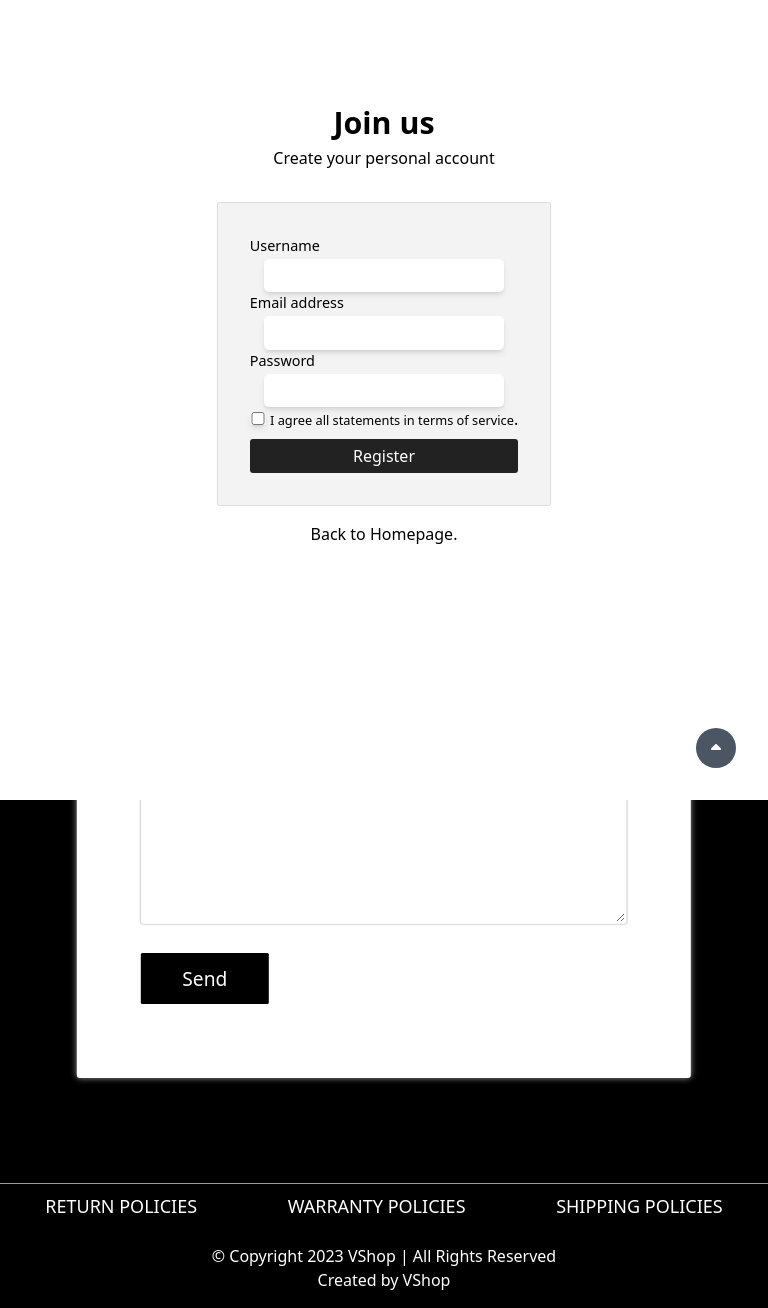
Repository: Kith933UTH/VSHOP
Page: /register
An editor plug-in stored every save of this project. The page is shown before and after the next save, followed by the edit.
The browser window is 768 px wide. The pictures show the whole page.
Pictures or frames that could not be fetched are drawn as grey boxes. The project was rebuilt for these pictures with package versions that can differ from the ones it lists, and the page was loaded fresh each time. Also part of the build but not shown: src/components/product-item/ProductItem.js, src/components/loader/Loader.js, src/constants/constants.js, src/components/product-filters/Category.js, src/components/product-filters/Price.js, src/components/product-filters/Rating.js, src/components/product-filters/ProductFilters.js, src/components/cart-shopping/CartEmpty.js and 18 more.

Above is the page before, as saved 2023-08-02 15:54:01.

### public/index.html
<!DOCTYPE html>
<html lang="en">
  <head>
    <meta charset="utf-8" />
    <link rel="icon" href="./logo.png" />
    <meta name="viewport" content="width=device-width, initial-scale=1" />
    <meta name="theme-color" content="#000000" />
    <meta
      name="description"
      content="Web site created using create-react-app"
    />
    <link rel="apple-touch-icon" href="%PUBLIC_URL%/logo192.png" />
    <!--
      manifest.json provides metadata used when your web app is installed on a
      user's mobile device or desktop. See https://developers.google.com/web/fundamentals/web-app-manifest/
    -->
    <link rel="manifest" href="%PUBLIC_URL%/manifest.json" />
    <!--
      Notice the use of %PUBLIC_URL% in the tags above.
      It will be replaced with the URL of the `public` folder during the build.
      Only files inside the `public` folder can be referenced from the HTML.

      Unlike "/favicon.ico" or "favicon.ico", "%PUBLIC_URL%/favicon.ico" will
      work correctly both with client-side routing and a non-root public URL.
      Learn how to configure a non-root public URL by running `npm run build`.
    -->
    <title>VShop</title>
  </head>
  <body>
    <noscript>You need to enable JavaScript to run this app.</noscript>
    <div id="root"></div>
  </body>
</html>

### src/index.js
import React from 'react'
import ReactDOM from 'react-dom/client'
import App from './App'
import {Provider} from "react-redux"
import {BrowserRouter} from "react-router-dom"
import {store} from "./redux"
import './index.css'

const root = ReactDOM.createRoot(document.getElementById('root'))
root.render(
    <Provider store={store}>
        <BrowserRouter>
            <App />
        </BrowserRouter>
    </Provider>
)

### src/App.js
import React from "react"
import { useState } from "react"
import {Context} from "./context/context"
import {Route, Routes} from "react-router-dom"
import {HomePage} from "./pages/HomePage"
import {ProductOverView} from "./pages/ProductOverView"
import {Header} from "./components/header/Header"
import {Footer} from "./components/footer/Footer"
import {BtnScroll} from "./components/btn-scroll/BtnScroll"
import { LoginPage } from "./components/login/LoginPage"
import { RegisterPage } from "./components/login/RegisterPage"
import { PrivatePage } from "./pages/PrivatePage"
import { ProductOverViewPrivate } from "./pages/ProductOverViewPrivate"
import { ReturnPolicy } from "./components/policy/ReturnPolicy"
import { WarrantyPolicy } from "./components/policy/WarrantyPolicy"
import { ShippingPolicy } from "./components/policy/ShippingPolicy"
import { AdminPage } from "./pages/AdminPage"
export default function App() {
    const productId = {id: 0}
    return (
        <main>
            <Context.Provider value={productId}>
                {/* <Header /> */}
                <Routes>
                    <Route path='/private' element={ <PrivatePage /> }/>
                    <Route path='/' element={ <HomePage /> }/>
                    <Route path='/products/:id' element={ <ProductOverView /> }/>
                    <Route path='/private/private/products/:id' element={ <ProductOverViewPrivate /> }/>
                    <Route path="/login" element={ <LoginPage /> } />
                    <Route path="/register" element={ <RegisterPage /> } />
                    <Route path="/return-policy" element={ <ReturnPolicy /> } />
                    <Route path="/warranty-policy" element={ <WarrantyPolicy /> } />
                    <Route path="/shipping-policy" element={ <ShippingPolicy /> } />
                    <Route path="/admin" element={ <AdminPage /> } />
                </Routes>
                <BtnScroll />
                <Footer/>
            </Context.Provider>
        </main>
    )
}

### src/redux/index.js
import {configureStore} from "@reduxjs/toolkit"
import {productsApi} from "./products/products.api"
import {productReducer} from "./products/products.slice"
import {setupListeners} from "@reduxjs/toolkit/query"

export const store = configureStore({
    reducer: {
        [productsApi.reducerPath]: productsApi.reducer,
        product: productReducer
    },
    middleware: getDefaultMiddleware => getDefaultMiddleware().concat(productsApi.middleware)
})

setupListeners(store.dispatch)

### src/index.css
@tailwind base;
@tailwind components;
@tailwind utilities;

@layer utilities {
    input[type="number"]::-webkit-inner-spin-button,
    input[type="number"]::-webkit-outer-spin-button {
        @apply appearance-none;
    }
}

html, body {
    width: 100%;
    height: 100%;
}

body::-webkit-scrollbar,
.box-item::-webkit-scrollbar,
.search-box::-webkit-scrollbar{
    width: 8px;
}

main {
    display: flex;
    flex-direction: column;
    height: 100%;
}

body::-webkit-scrollbar-thumb,
.box-item::-webkit-scrollbar-thumb,
.search-box::-webkit-scrollbar-thumb{
    background-color: #ccc;
    border-radius: 20px;
}

#root {
    height: 100%;
}

body {
    overflow: hidden;
}

.productItem:hover {
    transition: opacity .3s linear;
    opacity: .5;
}

.box-item {
    height: 320px;
    overflow-y: scroll;
}

/* Loader */
.loader-box {
    width: 100px;
    height: 100px;
    display: flex;
    justify-content: center;
    align-items: center;
    margin: 50px auto 0;
}

.loader{
    position: relative;
    width: 70px;
    height: 70px;
}

.loader span {
    position: absolute;
    top:0;
    left: 0;
    width: 100%;
    height: 100%;
    transform: rotate(calc(18deg * var(--i)));
}

.loader span::before {
    content:'';
    position: absolute;
    top: 0;
    left: 0;
    width: 10px;
    height: 10px;
    background: #000;
    border-radius: 50%;
    transform: scale(0);
    animation: animate 2s linear infinite;
    animation-delay: calc(0.1s * var(--i));
}
@keyframes animate {
    0%{
        transform: scale(0);
    }
    10%{
        transform: scale(1.2);
    }
    80%,100%{
        transform: scale(0);
    }
}

### src/context/context.js
import {createContext} from "react"

export const Context = createContext()

### src/components/footer/Footer.js
import React from "react"
import { Contact } from "../contact/Contact"
import { Policy } from "../policy/Policy"
export function Footer() {
    return (
        <footer className='bg-black text-white in-h-fit'>
            {/* <div className='max-w-[1240px] mx-auto py-2 text-sm sm:text-base'>
                <div className='flex justify-center'>
                    <a href='https://github.com/VolodymyrGoshko/react-shop'
                       target='_blank'
                       rel="noreferrer"
                       className='capitalize border-b mb-3 text-base hover:text-gray-300 transition'
                    >
                        view source code on github
                    </a>
                </div>
                <div className='flex justify-center flex-col items-center'>
                    <p className='text-center'>© Copyright 2022 React Shop | All Rights Reserved</p>
                    <a href='https://www.linkedin.com/in/volodymyr-goshko-656ab920b/'
                       target="_blank"
                       rel="noreferrer"
                       className='hover:text-gray-300 transition'
                    >
                        Created by Volodymyr Goshko
                    </a>
                </div>
            </div> */}
            <Contact />
            <Policy />
            <div className='flex justify-center flex-col items-center my-4'>
                    <p className='text-center'>© Copyright 2023 VShop | All Rights Reserved</p>
                    <a href='#' className='hover:text-gray-300 transition' >
                        Created by VShop
                    </a>
                </div>
        </footer>
    )
}

### src/components/btn-scroll/BtnScroll.js
import React from "react"
import {FontAwesomeIcon} from "@fortawesome/react-fontawesome"
import {faCaretUp} from "@fortawesome/free-solid-svg-icons"

export function BtnScroll() {
    const topClick = () => {
        const body = document.querySelector('body').getBoundingClientRect().top + window.scrollY
        window.scroll({
            top: body,
            behavior: 'smooth'
        })
    }

    return (
        <button
            className='fixed bottom-8 right-4 bg-gray-600 text-white rounded-full w-[30px] h-[30px] md:w-[40px] md:h-[40px] md:right-8 md:bottom-8 z-20 shadow-gray-600'
            onClick={topClick}
        >
            <FontAwesomeIcon icon={faCaretUp}/>
        </button>
    )
}

### src/components/login/RegisterPage.js
import React from 'react'
import { Link } from 'react-router-dom'

import './index.css'

export function RegisterPage() {

    return (
        <div className="register-page text-center m-5-auto">
            <h2>Join us</h2>
            <h5>Create your personal account</h5>
            <form action="/private">
                <p>
                    <label>Username</label><br/>
                    <input className='shadow-md' type="text" name="first_name" required />
                </p>
                <p>
                    <label>Email address</label><br/>
                    <input className='shadow-md' type="email" name="email" required />
                </p>
                <p>
                    <label>Password</label><br/>
                    <input className='shadow-md'  type="password" name="password" requiredc />
                </p>
                <p className='mb-2'>
                    <input className='shadow-md' type="checkbox" name="checkbox" id="checkbox" required /> <span>I agree all statements in <a href="https://google.com" target="_blank" rel="noopener noreferrer">terms of service</a></span>.
                </p>
                <p>
                    <button id="sub_btn" type="submit">Register</button>
                </p>
            </form>
            <footer>
                <p><Link to="/">Back to Homepage</Link>.</p>
            </footer>
        </div>
    )

}

### src/redux/products/products.api.js
import {createApi, fetchBaseQuery} from "@reduxjs/toolkit/query/react"

export const productsApi = createApi({
    reducerPath: 'products/api',
    baseQuery: fetchBaseQuery({
        baseUrl: 'https://fakestoreapi.com'
    }),
    // refetchOnFocus: true,
    endpoints: build => ({
        getProductsAll: build.query({
            query:() => ({
                url: '/products'
            })
        }),
        getProductById: build.query({
            query:(id) => ({
                url: `/products/${id}`
            })
        }),
        getProductByCategory: build.query({
            query:(category) => ({
                url: `/products/category/${category}`
            })
        })
    })
})

export const {
    useGetProductsAllQuery,
    useGetProductByIdQuery,
    useGetProductByCategoryQuery
} = productsApi

### src/redux/products/products.slice.js
import {createSlice} from "@reduxjs/toolkit"

const productsSlice = createSlice({
    name: 'products',
    initialState: {
        cart: [],
        btnCart: null,
        filters: {},
        search: false,
        searchFilterProducts: null
    },
    reducers: {
        clearCart(state, action) {
            state.cart = state.cart.slice(0, action.payload)
        },
        addProductToCart(state, action) {
            state.cart.push({...action.payload, quantity: 1})
        },
        incrementProductInCart(state, action) {
            const item = state.cart.find(item => item.id === action.payload)
            item.quantity++
        },
        decrementProductInCart(state, action) {
            const item = state.cart.find(item => item.id === action.payload)
            if (item.quantity === 1) {
                item.quantity = 1
            } else {
                item.quantity--
            }
        },
        toggleBtnCart(state, action) {
            state.btnCart = action.payload
        },
        removeItemFromCart(state, action) {
            state.cart = state.cart.filter(el => el.id !== action.payload)
        },
        filtersProductsByCategory(state, action) {
            state.filters = action.payload
        },
        toggleSearchForm(state, action) {
            state.search = action.payload
        },
        setSearchFilterProducts(state, action) {
            state.searchFilterProducts = action.payload
        }
    },
})

export const productReducer = productsSlice.reducer
export const {
    clearCart,
    addProductToCart,
    incrementProductInCart,
    decrementProductInCart,
    toggleBtnCart,
    removeItemFromCart,
    filtersProductsByCategory,
    toggleSearchForm,
    setSearchFilterProducts
} = productsSlice.actions

### src/components/policy/Policy.js
import React from "react"
import { Link } from "react-router-dom"
export function Policy() {
    return (
        <div className='text-white in-h-fit max-w-[1240px] mx-auto py-2 text-sm sm:text-base flex justify-around items-cente'>
            <Link className='text-lg font-medium text-center' to='/return-policy'>
                RETURN POLICIES
            </Link>
            <Link className='text-lg font-medium text-center' to='/warranty-policy'>
                WARRANTY POLICIES
            </Link>
            <Link className='text-lg font-medium text-center' to='/shipping-policy'>
                SHIPPING POLICIES
            </Link>
        </div>
    )
}

### src/components/login/index.css
/* .m-5-auto {
    margin: 5rem auto
} */

.primary-button {
    margin-top: 5rem;
    margin-right: 1rem;
    padding: .6rem;
    width: 10rem;
    background: #222;
    border: none;
    color: #fff;
    font-size: 1.2rem;
    transition: all .5s;
    cursor: pointer;
    text-transform: capitalize
}

/***    Landing Page     ***/
.main-title,
.main-para {
    color: #f1f1f1
}

.main-title {
    padding-top: 10rem;
    font-size: 5rem;
    font-family: 'Fascinate', cursive;
    text-transform: uppercase
}

.main-para {
    font-size: 2.5rem;
    text-Transform: capitalize
}

#reg_btn span {
    display: inline-block;
    position: relative;
    transition: 0.5s;
}

#reg_btn span:after {
    content: '\00bb';
    position: absolute;
    opacity: 0;
    top: 0;
    right: -20px;
    transition: 0.5s;
}

#reg_btn:hover span {
  padding-right: 25px;
}

#reg_btn:hover span:after {
  opacity: 1;
  right: 0;
}

/***    Login Page     ***/
.login-page h2 {
    font-weight: 700;
    font-size: 1.9rem;
}
.login-page {
    position: fixed;
    top: 0;
    left: 0;
    right: 0;
    bottom: 0;
    z-index: 10;
    background-color: white;
    padding-top: 100px;
}

.login-page form {
    display: inline-block;
    background: #f3f3f3;
    border: 1px solid #ddd;
    border-radius: 2px;
    padding: 2rem;
    margin: 2rem 0 1rem 0
}

.login-page form label {
    float: left;
    font-size: .9rem;
    margin: 0;
    padding: 0
}

.right-label {
    float: right;
    cursor: pointer
}

.login-page input {
    width: 15rem;
    padding: .3rem;
    border-radius: 5px;
    outline: none;
    border: none
}

#sub_btn {
    display: block;
    width: 100%;
    padding: .3rem;
    border: none;
    background: #222;
    color: #fff;
    border-radius: 3px;
}

#sub_btn:hover {
    background: #333;
    transition: all .5s
}

/* footer p {
    margin: 0;
    font-size: .9rem
} */

/***    Register Page     ***/
#checkbox {
    width: 1rem
}

form span {
    font-size: .8rem
}

#reset_pass_lbl {
    float: left
}

/***    Home Page     ***/
.home-page-title {
    color: #222
}


.register-page input {
    width: 15rem;
    padding: .3rem;
    border-radius: 5px;
    outline: none;
    border: none
}

.register-page h2 {
    font-weight: 700;
    font-size: 1.9rem;
}
.register-page {
    position: fixed;
    top: 0;
    left: 0;
    right: 0;
    bottom: 0;
    z-index: 10;
    background-color: white;
    padding-top: 100px;
}

.register-page form {
    display: inline-block;
    background: #f3f3f3;
    border: 1px solid #ddd;
    border-radius: 2px;
    padding: 2rem;
    margin: 2rem 0 1rem 0
}

.register-page form label {
    float: left;
    font-size: .9rem;
    margin: 0;
    padding: 0
}

### src/components/contact/index.css
.contact-section {
    height: 96vh;
    width: 100%;
    border-bottom: 1px solid #999;
}

.form-area {
    position: relative;
    height:700px;
    width: 100%;
    background: black;
    -webkit-box-sizing: border-box;
    box-sizing: border-box;
}

.form-area .form-wrap {
    position: absolute;
    left: 50%;
    -webkit-transform: translateX(-50%);
    -ms-transform: translateX(-50%);
    transform: translateX(-50%);
    width: 1120px;
    background-color: white;
    background-size: cover;
    background-position: center;
    border-radius: 0.2rem;
    -webkit-box-sizing: border-box;
    box-sizing: border-box;
    -webkit-box-shadow: 0 0 0.4rem 0 #999;
    box-shadow: 0 0 0.4rem 0 #999;
}

.form-wrap .title {
    padding-top: 2.4rem;
    width: 100%;
    -webkit-box-sizing: border-box;
    box-sizing: border-box;
}

.form-wrap .title h1 {
    color: black;
    font-size: 2.6rem;
    text-align: center;
}

.form-wrap .contact-area {
    padding-top: 3rem;
    display: -webkit-box;
    display: -ms-flexbox;
    display: flex;
    width: 100%;
    height: auto;
    -webkit-box-sizing: border-box;
    box-sizing: border-box;
}

.contact-area .contact-info {
    display: flex;
    flex-direction: column;
    justify-content: center;
    align-items: center;
    width: 35%;
    height: 100%;
    margin-left: 6rem;
}

.contact-info>div {
    margin-bottom: 1rem;
    display: -webkit-box;
    display: -ms-flexbox;
    display: flex;
    -webkit-box-align: center;
    -ms-flex-align: center;
    align-items: center;
}

.contact-info>div>p {
    color: #333;
    font-size: 1.4rem;
    font-weight: 500;
    text-align: center;
}

.contact-info>div>span {
    color: #61790a;
    font-size: 2rem;
    margin-right: 0.8rem;
}

.contact-area .contact-form {
    display: -webkit-box;
    display: -ms-flexbox;
    display: flex;
    -webkit-box-orient: vertical;
    -webkit-box-direction: normal;
    -ms-flex-direction: column;
    flex-direction: column;
    width: 60%;
    height: auto;
    padding: 0 3rem;
    -webkit-box-sizing: border-box;
    box-sizing: border-box;
}

.contact-form .name-field {
    display: -webkit-box;
    display: -ms-flexbox;
    display: flex;
    -webkit-box-pack: justify;
    -ms-flex-pack: justify;
    justify-content: space-between;
}

.name-field .input-area {
    width: 48%;
}

.contact-form .input-area {
    position: relative;
    margin-bottom: 2rem;
}

.input-area input {
    height: 3rem;
    width: 100%;
    color: #333;
    font-size: 1.2rem;
    border: 2px solid #fff;
    border-radius: 0.2rem;
    /* background: #eff; */
    -webkit-box-shadow: 0 0 0.1rem #666;
    box-shadow: 0 0 0.1rem #666;
    outline: none;
    padding: 0 1rem;
    -webkit-box-sizing: border-box;
    box-sizing: border-box;
    -webkit-transition: all 0.3s ease;
    -o-transition: all 0.3s ease;
    transition: all 0.3s ease;
}

.input-area label {
    position: absolute;
    top: 50%;
    left: 1rem;
    -webkit-transform: translateY(-50%);
    -ms-transform: translateY(-50%);
    transform: translateY(-50%);
    color: #333;
    font-size: 1.2rem;
    font-weight: 500;
    -webkit-transition: all 0.3s ease;
    -o-transition: all 0.3s ease;
    transition: all 0.3s ease;
}

.input-area input:focus~label,
.input-area input:valid~label {
    top: -0.8rem;
    left: 0;
    color: #fff;
    background: #111;
    border-radius: 5px;
    padding: 0.2rem;
    font-size: 1rem;
}

.contact-form .message-area {
    position: relative;
    -webkit-box-flex: 1;
    -ms-flex: 1 1 auto;
    flex: 1 1 auto;
    height: 200px;
    width: 100%;
}

.message-area textarea {
    height: 100%;
    width: 100%;
    border: 2px solid #fff;
    outline: none;
    font-size: 1.2rem;
    padding: 1rem;
    color: #333;
    -webkit-box-sizing: border-box;
    box-sizing: border-box;
    -webkit-box-shadow: 0 0 0.1rem #666;
    box-shadow: 0 0 0.1rem #666;
    border-radius: 0.2rem;
    resize: vertical;
    -webkit-transition: all 0.3s ease;
    -o-transition: all 0.3s ease;
    transition: all 0.3s ease;
}

.message-area label {
    position: absolute;
    color: #333;
    font-weight: 500;
    font-size: 1.2rem;
    top: 1rem;
    left: 1rem;
    -webkit-transition: all 0.3s ease;
    -o-transition: all 0.3s ease;
    transition: all 0.3s ease;
}

.message-area textarea:focus~label,
.message-area textarea:valid~label {
    top: -1.6rem;
    left: 0;
    color: #fff;
    padding: 0.2rem;
    background: #111;
    font-size: 1rem;
}

.contact-form .btn {
    margin-top: 1.8rem;
}

.contact-form .btn button {
    height: 3.2rem;
    width: 8rem;
    border: none;
    outline: none;
    color: #fff;
    font-size: 1.2rem;
    background: black;
    border-radius: 0.1rem;
    cursor: pointer;
}

#contact.menu-active {
    padding-top: 2rem;
}

### src/components/contact/reponsive.css
@media screen and (max-width: 1360px) {
    .contact-section {
        height: 96vh;
    }
    .form-area .form-wrap {
        width: 90%;
        height: 620px;
    }
}

@media screen and (max-width: 1040px) {
    .contact-area .contact-info {
        margin-left: 0;
        display: flex;
        flex-direction: column;
        justify-content: center;
        align-items: center;
    }

    .contact-area .contact-form {
        padding: 0 1.8rem;
    }

}



@media screen and (max-width: 940px) {
    .contact-section {
        height: 148vh;
    }

    .form-area .form-wrap {
        padding-bottom: 3.6rem;
        width: 80%;
        height: auto;
    }

    .form-wrap .contact-area {
        -webkit-box-orient: vertical;
        -webkit-box-direction: normal;
        -ms-flex-direction: column;
        flex-direction: column;
        -webkit-box-pack: center;
        -ms-flex-pack: center;
        justify-content: center;
    }

    .contact-area .contact-info {
        width: 100%;
    }

    .contact-area .contact-form {
        width: 100%;
        padding: 1rem 4rem 0 4rem;
    }
}


@media screen and (max-width: 836px) {
    .contact-section {
        min-height: 96vh;
    }
}

@media screen and (max-width: 760px) {
    .contact-section {
        height: 1100px;
    }

    .form-area .form-wrap {
        width: 88%;
        height: auto;
    }
}

@media screen and (max-width: 680px) {
    .contact-section {
        height: 1100px;
    }


    .form-area .form-wrap {
        /* top: -82%; */
        width: 88%;
        height: auto;
    }

}


@media screen and (max-width: 490px) {
    .contact-section {
        height: 1100px;
    }

    .contact-area .contact-info {
        width: 88%;
        margin-left: 1.2rem;
    }

    .form-area .form-wrap {
        /* top: -82%; */
        width: 88%;
        height: auto;
    }

    .contact-info>div>p {
        font-size: 1.2rem;
    }

    .contact-area .contact-form {
        margin-top: 1.4rem;
        padding: 0 1.2rem;
    }

}

@media screen and (max-width: 390px) {
    .contact-section {
        height: 1130px;
    }

    .contact-area .contact-info {
        width: 80%;
        /* margin-left: 1.2rem; */
    }

    .form-area .form-wrap {
        width: 90%;
        height: auto;
    }

    .contact-info>div>p {
        font-size: 1.2rem;
    }

    .contact-area .contact-form {
        width: 100%;
        padding: 1rem 1rem 0 1rem;
    }
}


@media screen and (max-width: 340px) {
    .contact-section {
        height: 980px;
    }

    .form-area .form-wrap {
        top: -86%;
        width: 96%;
    }

    .contact-area  {
        width: 100%;
    }

    .contact-area .contact-info {
        width: 100%;
        margin-left: 1rem;
    }

    .form-wrap .title h1 {
        font-size: 2rem;
    }

    .contact-info>h2 {
        font-size: 1.6rem;
    }

    .contact-info>div>p {
        font-size: 1rem;
    }

    .contact-info>div>span {
        font-size: 1.2rem;
    }

    .input-area label {
        font-size: 1rem;
    }

    .message-area label {
        font-size: 1rem;
    }

}

Loaded but not shown: tailwind.config.js (common file); src/components/contact/Contact.js (66 lines, source omitted)

After the next save:
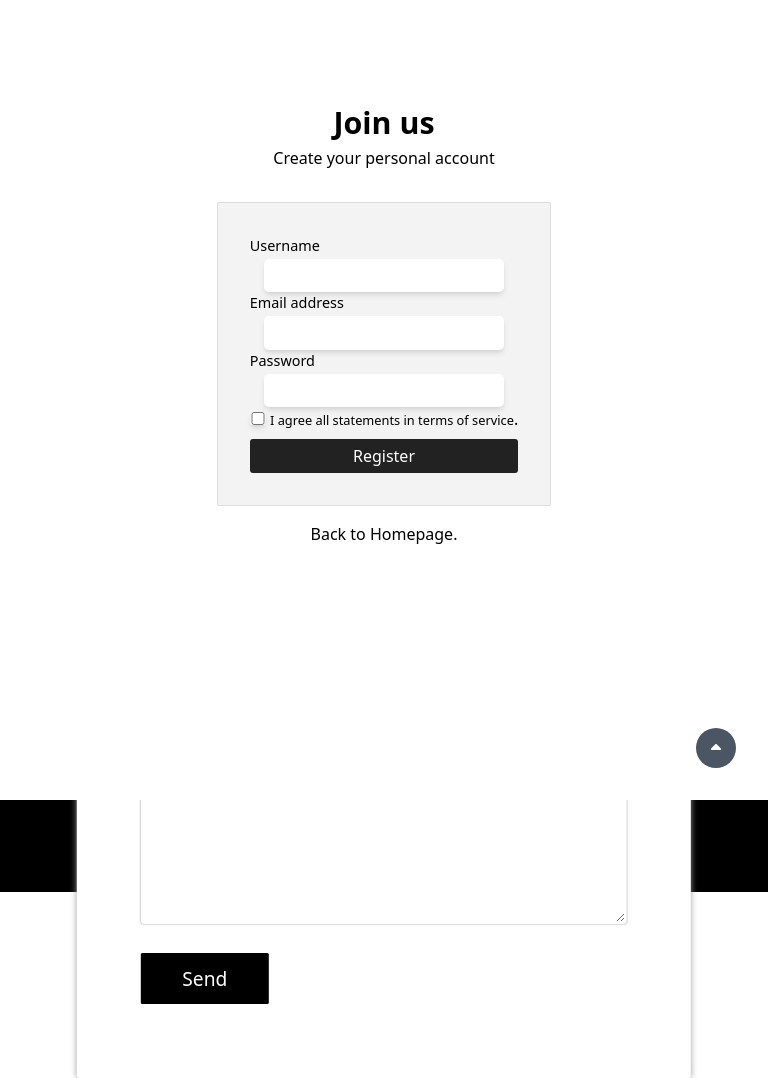
Saved 2 min 35 s later.
--- a/src/components/contact/reponsive.css
+++ b/src/components/contact/reponsive.css
@@ -26,9 +26,9 @@
 
 
 @media screen and (max-width: 940px) {
-    .contact-section {
+    /* .contact-section {
         height: 148vh;
-    }
+    } */
 
     .form-area .form-wrap {
         padding-bottom: 3.6rem;
